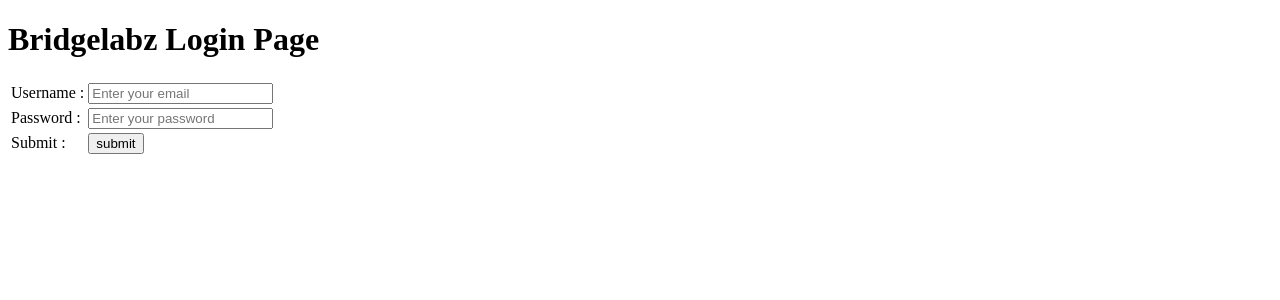
Repository: MarkFernandes11/Advanced-Java
Page: http://localhost/LoginPage1/
These files come from the project's save history. The page is drawn as it stood at one moment and after the next save; the edit follows.
The browser window is 1280 px wide. The pictures show the whole page.
The page is served by Tomcat 9. Other server files are loaded and not shown.

Above is the page before, as saved 2019-09-23 06:29:51.

### LoginPage1/WebContent/index.jsp
<%@ page language="java" contentType="text/html; charset=UTF-8"
    pageEncoding="UTF-8"%>
<!DOCTYPE html>
<html>
<head>
<meta charset="UTF-8">
<title>Bridgelabz Login Page</title>
</head>
<body>
	<header>

		<h1>Bridgelabz Login Page</h1>

		<!-- <marquee><h1>Bridgelabz Login Page</h1></marquee> -->

	</header>

	<form method = "post" action = "login">
		<table>
			<tr><td>Username : </td><td><input type = "email" name = "email" placeholder = "Enter your email"></td></tr>

			<tr><td>Password : </td><td><input type = "password" name = "password" placeholder = "Enter your password"></td></tr>

			<tr><td>Submit : </td><td><input type = "submit" value = "submit"></td></tr>

		</table>
	</form>
</body>
</html>

After the next save:
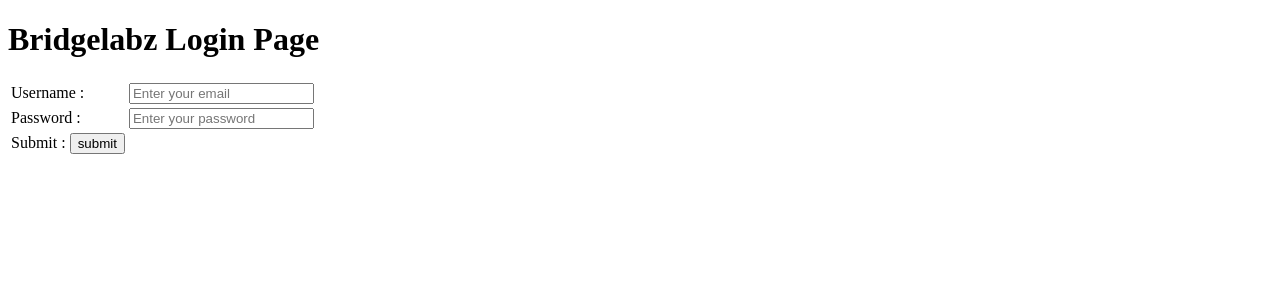
Saved 43 s later.
--- a/LoginPage1/WebContent/index.jsp
+++ b/LoginPage1/WebContent/index.jsp
@@ -21,7 +21,7 @@
 
 			<tr><td>Password : </td><td><input type = "password" name = "password" placeholder = "Enter your password"></td></tr>
 
-			<tr><td>Submit : </td><td><input type = "submit" value = "submit"></td></tr>
+			<tr><td>Submit : <input type = "submit" value = "submit"></td></tr>
 
 		</table>
 	</form>

After the save that followed:
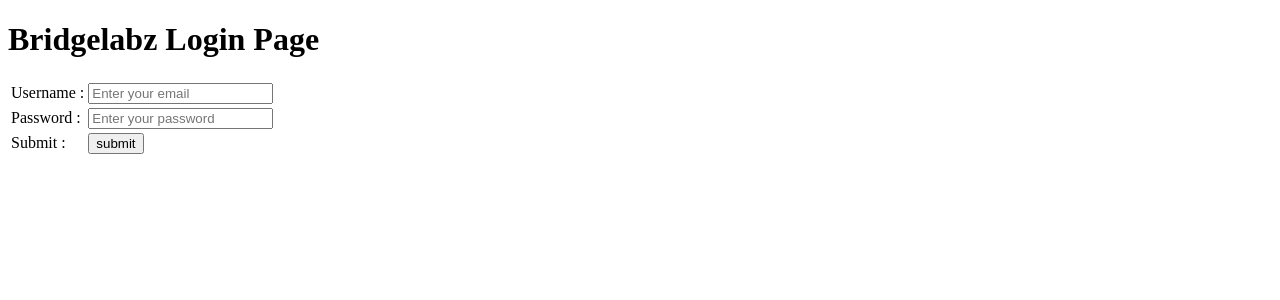
Saved 35 s later.
--- a/LoginPage1/WebContent/index.jsp
+++ b/LoginPage1/WebContent/index.jsp
@@ -21,7 +21,7 @@
 
 			<tr><td>Password : </td><td><input type = "password" name = "password" placeholder = "Enter your password"></td></tr>
 
-			<tr><td>Submit : <input type = "submit" value = "submit"></td></tr>
+			<tr><td>Submit : </td><td><input type = "submit" value = "submit"></td></tr>
 
 		</table>
 	</form>
